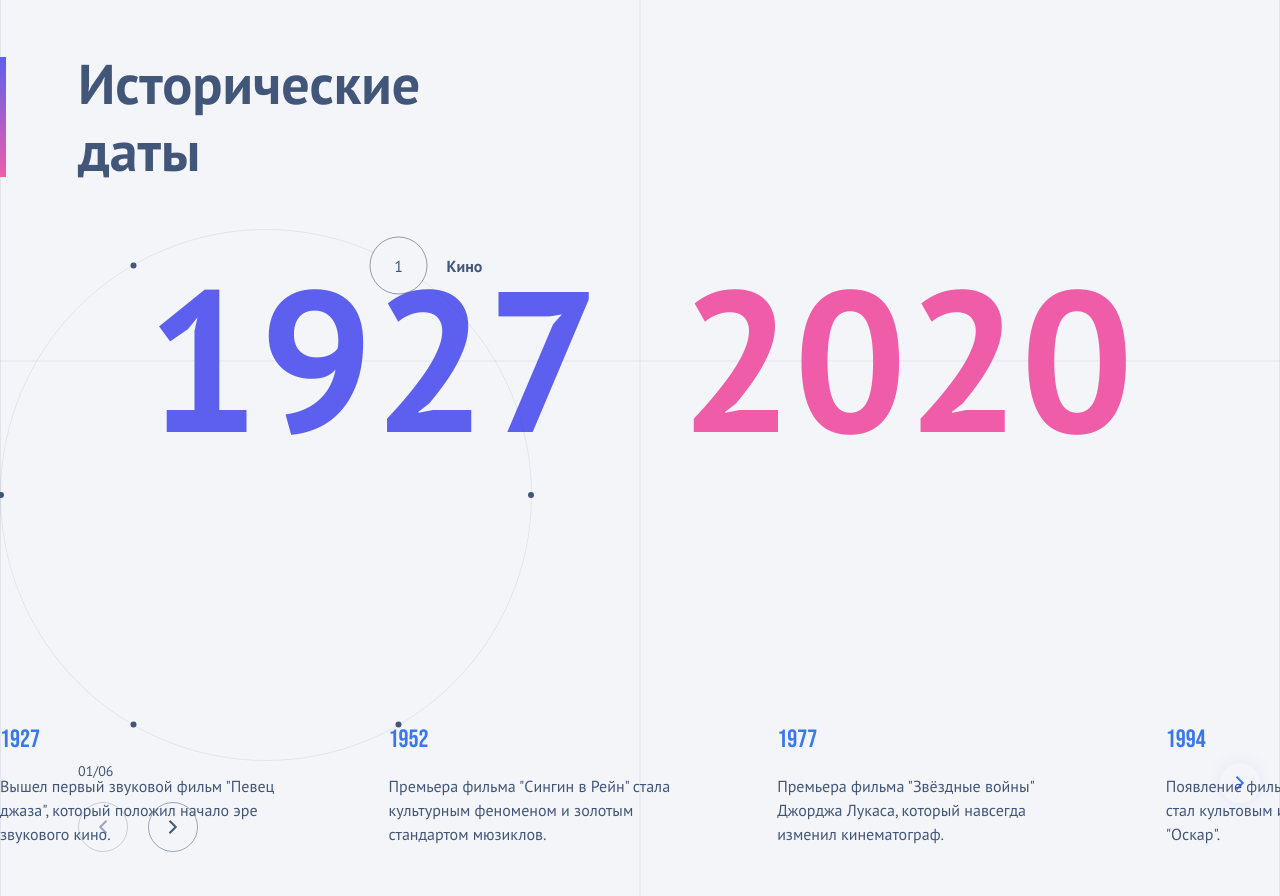
Repository: LenarTulupov/only
Page: /
These files come from the project's save history. The page is drawn as it stood at one moment and after the next save; the edit follows.
The browser window is 1280 px wide. The pictures show the whole page.
The project was rebuilt for these pictures with package versions that can differ from the ones it lists, and the page was loaded fresh each time.

Above is the page before, as saved 2024-12-18 13:19:49.

After the next save:
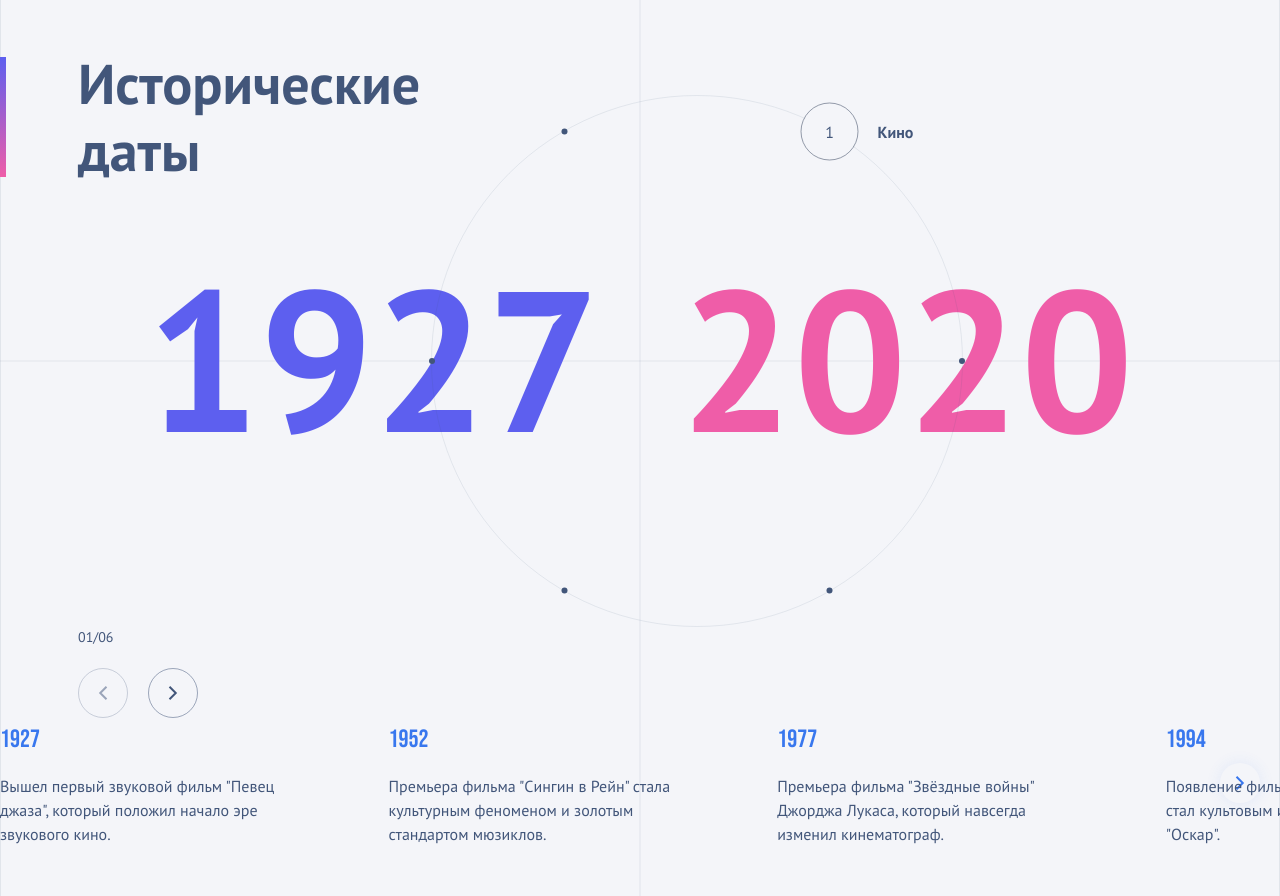
Saved 19 s later.
--- a/src/pages/home/history/history.module.scss
+++ b/src/pages/home/history/history.module.scss
@@ -16,8 +16,8 @@
     height: 615px;
     &-col-1 {
       display: flex;
-      flex-direction: column;
-      justify-content: space-between;
+      // flex-direction: column;
+      // justify-content: space-between;
     }
   }
 }
